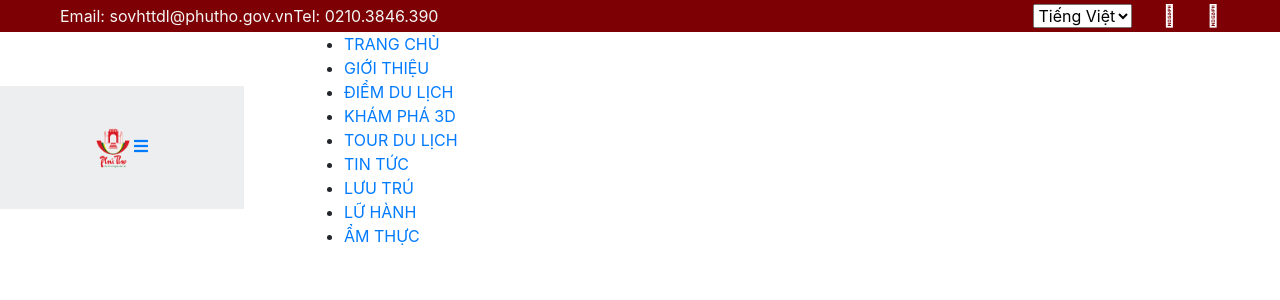
Repository: NgocNB20/Front_end_KLTN
Page: index.html
The author's editor kept a copy of each file at every save. The page is drawn from the files as they stood at one save, then again after the next save.
The browser window is 1280 px wide. The pictures show the whole page.
Some web fonts or font styles are not loaded; a fallback is used. Some web libraries are served in a nearby version.

Above is the page before, as saved 2021-11-28 11:00:56.

After the next save:
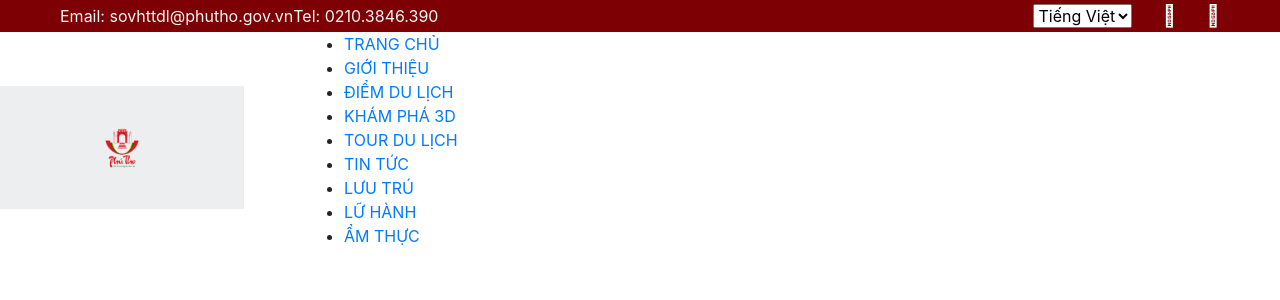
Saved 55 s later.
--- a/style.css
+++ b/style.css
@@ -127,3 +127,11 @@
     height: 40px;
     width: auto;
 }
+@media (min-width: 1200px){
+.main-nav__logo-box .side-menu__toggler {
+    display: none;
+}}
+.main-nav__logo-box .side-menu__toggler {
+    font-size: 20px;
+    color: var(--thm-black);
+}
